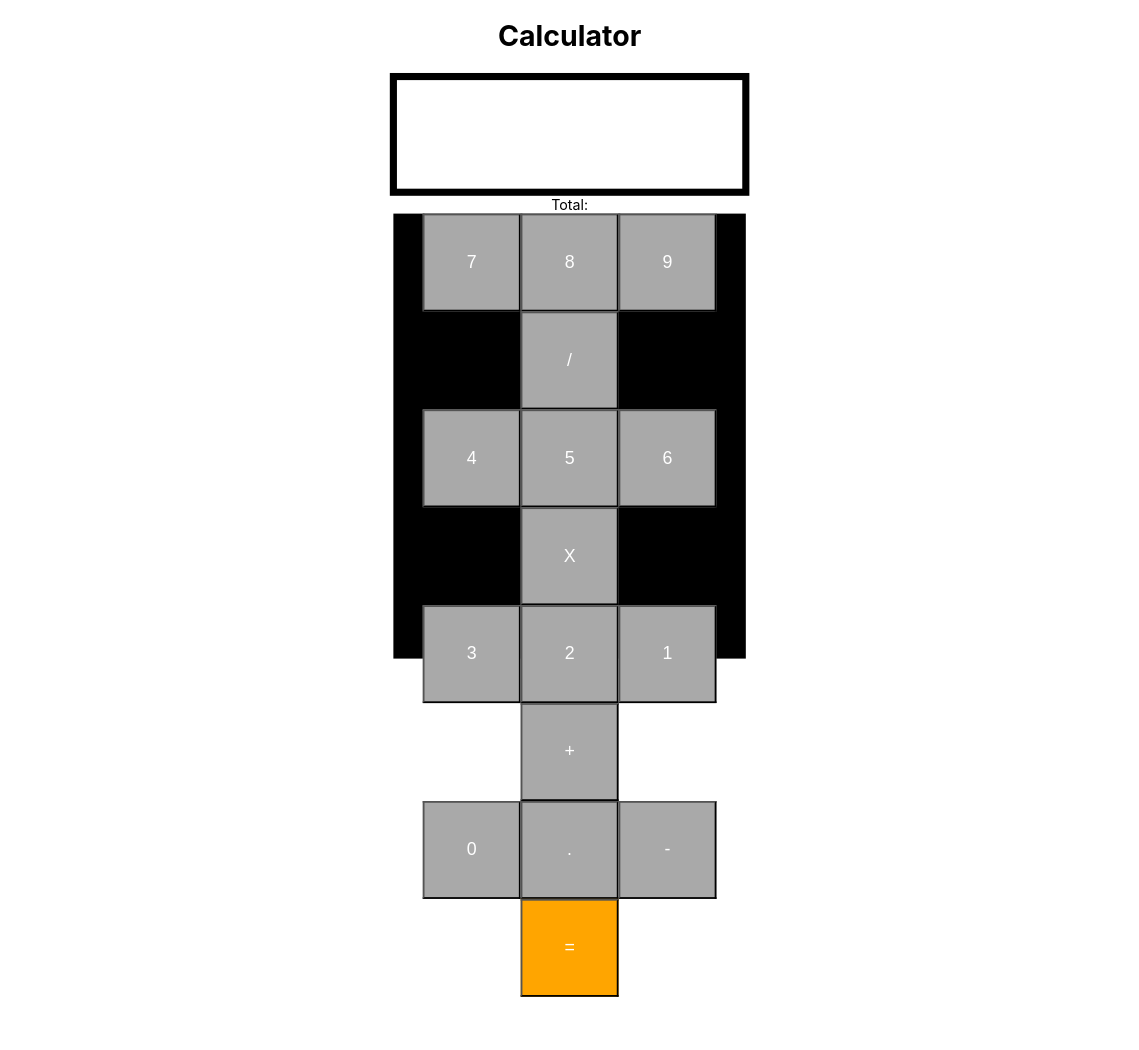
Repository: punitbathija/Placement-Assitance-iNeuron
Page: / (app in React/calculator/)
The author's editor kept a copy of each file at every save. The page is drawn from the files as they stood at one save, then again after a run of saves.
The browser window is 1280 px wide. The pictures show the whole page, at 89% of full size.
The project was rebuilt for these pictures with package versions that can differ from the ones it lists, and the page was loaded fresh each time.

Above is the page before, as saved 2023-06-05 16:33:12.

After the next 2 saves:
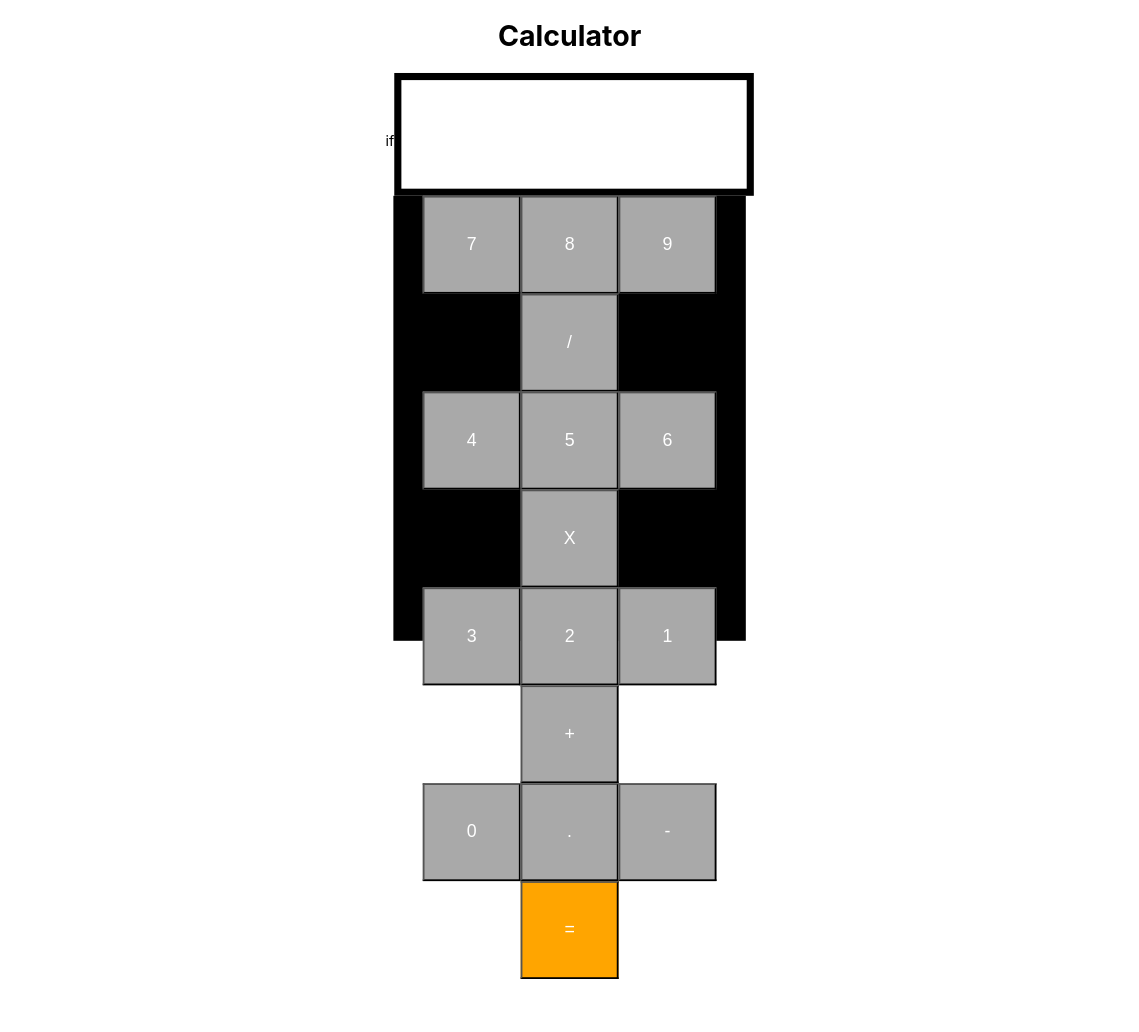
The 2 saves are shown as one change because 1 did not build or start.
The last was saved 108 s later.
--- a/React/calculator/src/Calculator.jsx
+++ b/React/calculator/src/Calculator.jsx
@@ -24,14 +24,13 @@ const Calculator = () => {
 
   return (
     <div className="body">
+      if{result && <div>Total: {result}</div>}
       <input
         type="text"
         className="screen"
         value={input}
         onChange={handleInputChange}
       />
-      <div>Total: {result}</div>
-
       <div className="numpad">
         <div className="firstRow">
           <button className="btn" onClick={() => handleButtonClick("7")}>
